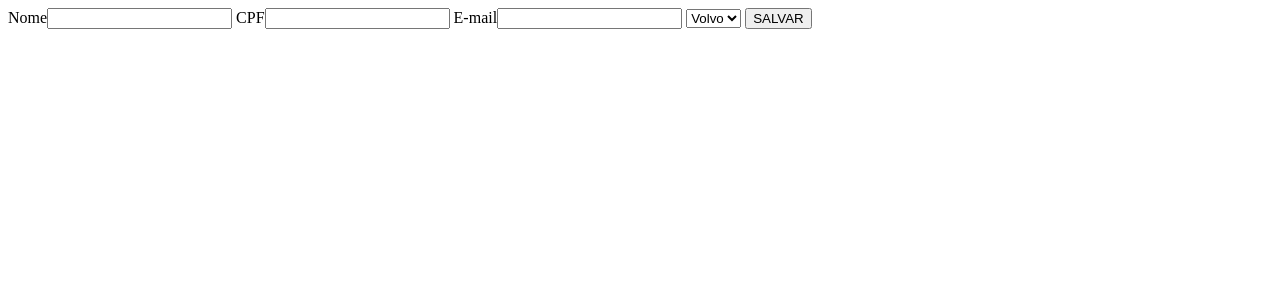
Repository: BrunoFBI/LED-2019
Page: http://localhost/les12015-web/CadastroCliente.jsp
These files come from the project's save history. The page is drawn as it stood at one moment and after the next save; the edit follows.
The browser window is 1280 px wide. The pictures show the whole page.
The page is served by Tomcat 9. Other server files are loaded and not shown.

Above is the page before, as saved 2019-02-12 17:06:37.

### les12015-web/WebContent/CadastroCliente.jsp
<%@ page language="java" contentType="text/html; charset=ISO-8859-1"
    pageEncoding="ISO-8859-1"%>
<!DOCTYPE html>
<html>
<head>
<meta charset="ISO-8859-1">
<title>Cadastro de Clientes</title>

</head>
<body>

	<form method="post" action="SalvarCliente">
		Nome<input type="text" id="txtNome" name="txtNome"/>
		CPF<input type="text" id="txtCpf" name="txtCpf"/>
		E-mail<input type="text" id="email" name="email"/>
		<select id="gender" name="gender">
		  <option value="volvo">Volvo</option>
		</select>

		<input type="submit" name="operacao" value="SALVAR" id="operacao">
	</form>
</body>
</html>

After the next save:
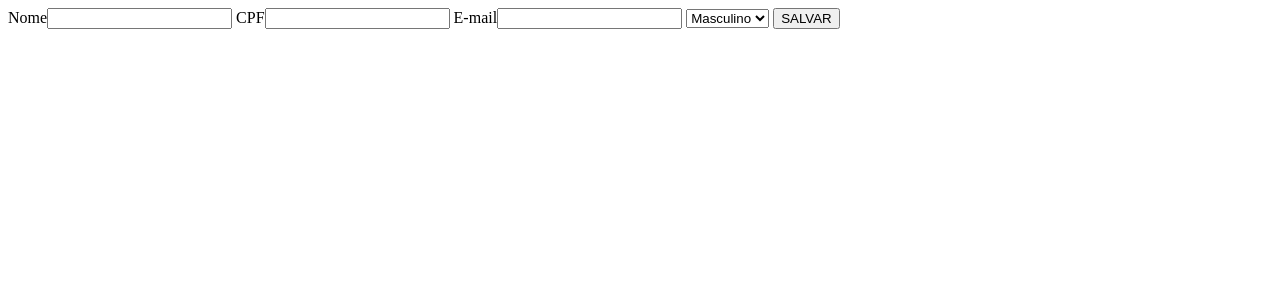
Saved 3 min 10 s later.
--- a/les12015-web/WebContent/CadastroCliente.jsp
+++ b/les12015-web/WebContent/CadastroCliente.jsp
@@ -14,7 +14,9 @@
 		CPF<input type="text" id="txtCpf" name="txtCpf"/>
 		E-mail<input type="text" id="email" name="email"/>
 		<select id="gender" name="gender">
-		  <option value="volvo">Volvo</option>
+		  <option value="volvo">Masculino</option>
+		  <option value="volvo">Feminino</option>
+		  <option value="volvo">Outros</option>
 		</select>
 
 		<input type="submit" name="operacao" value="SALVAR" id="operacao">
